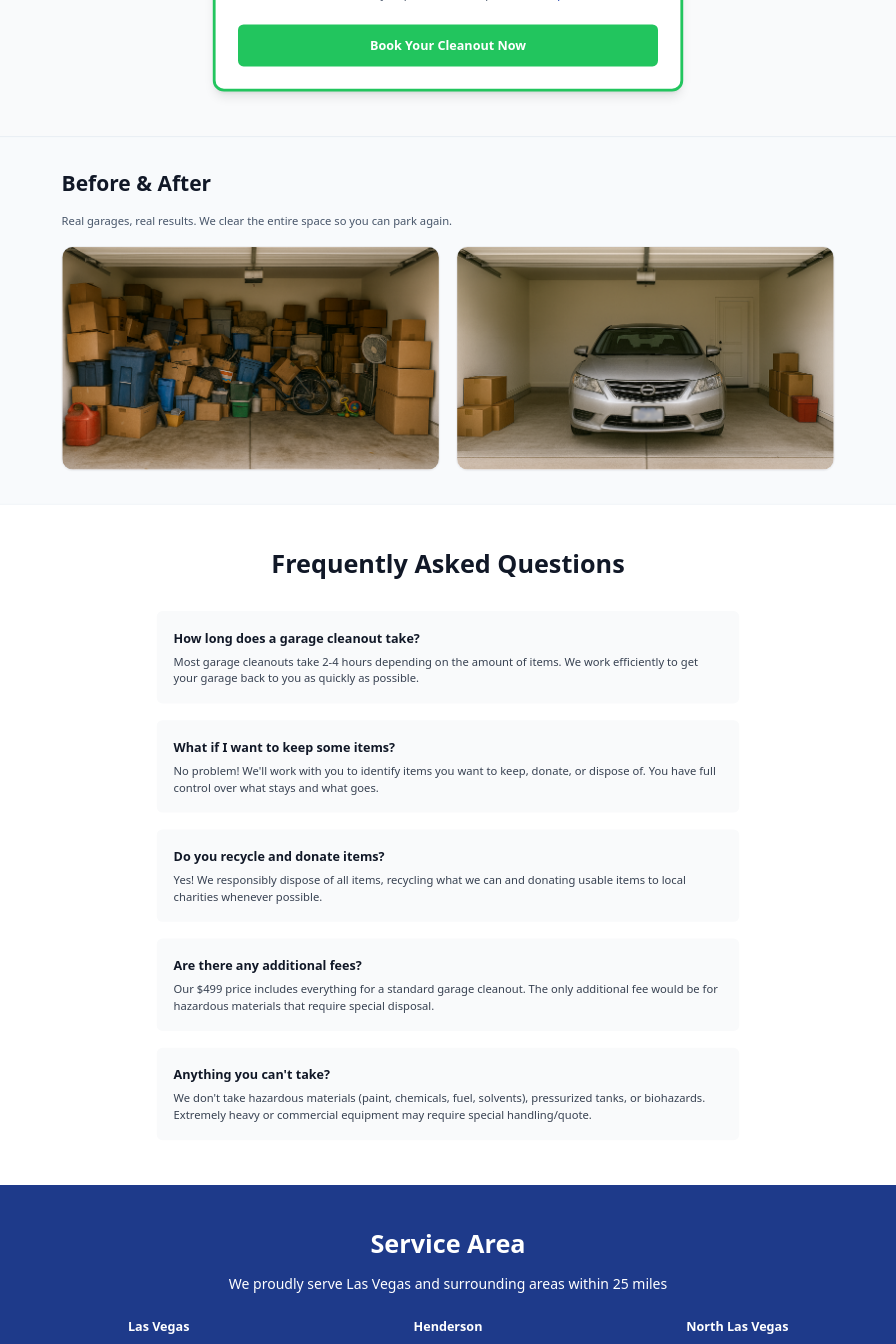
Repository: nikwhite1169/garagegone
Page: index.html
An editor plug-in stored every save of this project. The page is shown before and after the next save, followed by the edit.
The browser window is 1280 px wide. The pictures show the part of the page from y = 1577 to 3497 px (the page is 4460 px tall before and 4932 px after), at 70% of full size.
Some web libraries are served in a nearby version.

Above is the page before, as saved 2025-09-15 17:37:50.

### index.html
<!DOCTYPE html>
<html lang="en">
<head>
    <meta charset="UTF-8">
    <meta name="viewport" content="width=device-width, initial-scale=1.0">
    <title>GarageGone - Professional Garage Cleanout Service | Las Vegas</title>
    <meta name="description" content="Professional garage cleanout service in Las Vegas. Flat $499 pricing. We haul everything away. Book your garage transformation today with GarageGone.">
    <meta name="keywords" content="garage cleanout, junk removal, Las Vegas, garage cleaning, hauling service, decluttering">

    <!-- Open Graph Meta Tags -->
    <meta property="og:title" content="GarageGone - Professional Garage Cleanout Service | Las Vegas">
    <meta property="og:description" content="Transform your garage with our professional cleanout service. Flat $499 pricing. We haul everything away. Serving Las Vegas and surrounding areas.">
    <meta property="og:image" content="https://garagegone.com/images/garage-before-after.jpg">
    <meta property="og:url" content="https://garagegone.com">
    <meta property="og:type" content="website">
    <meta property="og:site_name" content="GarageGone">

    <!-- Twitter Card Meta Tags -->
    <meta name="twitter:card" content="summary_large_image">
    <meta name="twitter:title" content="GarageGone - Professional Garage Cleanout Service | Las Vegas">
    <meta name="twitter:description" content="Transform your garage with our professional cleanout service. Flat $499 pricing. We haul everything away.">
    <meta name="twitter:image" content="https://garagegone.com/images/garage-before-after.jpg">

    <!-- Favicons -->
    <link rel="apple-touch-icon" sizes="180x180" href="assets/apple-touch-icon.png">
    <link rel="icon" type="image/png" sizes="32x32" href="assets/favicon-32x32.png">
    <link rel="icon" type="image/png" sizes="16x16" href="assets/favicon-16x16.png">
    <link rel="manifest" href="assets/site.webmanifest">
    <link rel="icon" type="image/x-icon" href="assets/favicon.ico">

    <!-- Tailwind CSS CDN -->
    <script src="https://cdn.tailwindcss.com"></script>

    <!-- Custom Tailwind Config -->
    <script>
        tailwind.config = {
            theme: {
                extend: {
                    colors: {
                        'brand-blue': '#1e3a8a',
                        'brand-green': '#22c55e',
                    }
                }
            }
        }
    </script>

    <!-- JSON-LD Schema Markup -->
    <script type="application/ld+json">
    {
        "@context": "https://schema.org",
        "@type": "LocalBusiness",
        "name": "GarageGone",
        "description": "Professional garage cleanout and junk removal service",
        "url": "https://garagegone.com",
        "telephone": "+7028501775",
        "address": {
            "@type": "PostalAddress",
            "addressLocality": "Las Vegas",
            "addressRegion": "NV",
            "addressCountry": "US"
        },
        "areaServed": {
            "@type": "GeoCircle",
            "geoMidpoint": {
                "@type": "GeoCoordinates",
                "latitude": 36.1699,
                "longitude": -115.1398
            },
            "geoRadius": "25 miles"
        },
         "sameAs": [
             "https://facebook.com/ParkAgain",
             "https://instagram.com/parkagain.app"
         ],
        "priceRange": "$499",
        "serviceType": "Garage Cleanout Service",
        "hasOfferCatalog": {
            "@type": "OfferCatalog",
            "name": "Garage Cleanout Services",
            "itemListElement": [
                {
                    "@type": "Offer",
                    "itemOffered": {
                        "@type": "Service",
                        "name": "Complete Garage Cleanout",
                        "description": "Full garage cleanout and junk removal service"
                    },
                    "price": "499",
                    "priceCurrency": "USD"
                }
            ]
        }
    }
    </script>

    <style>
        /* Smooth scroll behavior */
        html {
            scroll-behavior: smooth;
        }

        /* Custom animations */
        @keyframes fadeInUp {
            from {
                opacity: 0;
                transform: translateY(30px);
            }
            to {
                opacity: 1;
                transform: translateY(0);
            }
        }

        .fade-in-up {
            animation: fadeInUp 0.6s ease-out;
        }

        /* Ensure sticky footer doesn't overlap content */
        body {
            padding-bottom: 80px;
        }

        @media (min-width: 768px) {
            body {
                padding-bottom: 0;
            }
        }
    </style>
</head>
<body class="bg-gray-50 text-gray-900">
    <!-- Header -->
    <header class="bg-white shadow-sm sticky top-0 z-40">
        <div class="max-w-7xl mx-auto px-4 sm:px-6 lg:px-8">
            <div class="flex justify-between items-center py-4">
                <div class="flex items-center">
                    <h1 class="text-2xl font-bold text-brand-blue">GarageGone</h1>
                    <span class="ml-2 text-sm text-gray-600">Powered by ParkAgain</span>
                </div>
                <div class="hidden md:flex space-x-4">
                    <a href="tel:+7028501775" class="bg-brand-blue text-white px-4 py-2 rounded-lg font-semibold hover:bg-blue-800 transition-colors">
                        Call Now
                    </a>
                    <a href="https://m.me/823845640806391" target="_blank" class="bg-brand-green text-white px-4 py-2 rounded-lg font-semibold hover:bg-green-600 transition-colors">
                        Book Cleanout
                    </a>
                </div>
            </div>
        </div>
    </header>

    <!-- Hero Section -->
    <section class="bg-gradient-to-br from-brand-blue to-blue-800 text-white py-16 md:py-24">
        <div class="max-w-7xl mx-auto px-4 sm:px-6 lg:px-8">
            <div class="text-center fade-in-up">
                <h2 class="text-4xl md:text-6xl font-bold mb-6">
                    Transform Your Garage in One Day
                </h2>
                <p class="text-xl md:text-2xl mb-8 text-blue-100 max-w-3xl mx-auto">
                    Professional garage cleanout service. We sort, haul, and clean everything.
                    <strong class="text-brand-green">Flat $499 pricing.</strong> No surprises.
                </p>
                <div class="flex flex-col sm:flex-row gap-4 justify-center items-center">
                    <a href="https://m.me/823845640806391" target="_blank"
                       class="bg-brand-green text-white px-8 py-4 rounded-lg text-lg font-bold hover:bg-green-600 transition-colors w-full sm:w-auto text-center">
                        📱 Book via Messenger
                    </a>
                     <a href="tel:+7028501775"
                        class="bg-white text-brand-blue px-8 py-4 rounded-lg text-lg font-bold hover:bg-gray-100 transition-colors w-full sm:w-auto text-center">
                         📞 Call (702) 850-1775
                     </a>
                </div>
                <ul class="mt-6 text-blue-100 space-y-2">
                  <li>✅ Most cleanouts take <strong>2–4 hours on-site</strong></li>
                  <li>✅ One flat price — no surprises for standard garages</li>
                  <li>✅ Donation, recycling, and disposal handled</li>
                </ul>
                <p class="mt-4 text-blue-200">
                    ⭐ Serving Las Vegas & surrounding areas (25 miles)
                </p>
            </div>
        </div>
    </section>

    <!-- How It Works -->
    <section id="how-it-works" class="py-16 bg-white">
        <div class="max-w-7xl mx-auto px-4 sm:px-6 lg:px-8">
            <div class="text-center mb-12">
                <h3 class="text-3xl md:text-4xl font-bold text-gray-900 mb-4">How It Works</h3>
                <p class="text-xl text-gray-600">Simple 3-step process to transform your garage</p>
            </div>

            <div class="grid md:grid-cols-3 gap-8">
                <div class="text-center p-6 rounded-lg bg-gray-50">
                    <div class="w-16 h-16 bg-brand-blue text-white rounded-full flex items-center justify-center text-2xl font-bold mx-auto mb-4">1</div>
                    <h4 class="text-xl font-bold mb-3">Book Your Appointment</h4>
                    <p class="text-gray-600">Contact us via Messenger or phone. We'll schedule a convenient time that works for you.</p>
                </div>

                <div class="text-center p-6 rounded-lg bg-gray-50">
                    <div class="w-16 h-16 bg-brand-blue text-white rounded-full flex items-center justify-center text-2xl font-bold mx-auto mb-4">2</div>
                    <h4 class="text-xl font-bold mb-3">We Sort & Haul</h4>
                    <p class="text-gray-600">Our professional team arrives, sorts through everything, and hauls away unwanted items responsibly.</p>
                </div>

                <div class="text-center p-6 rounded-lg bg-gray-50">
                    <div class="w-16 h-16 bg-brand-green text-white rounded-full flex items-center justify-center text-2xl font-bold mx-auto mb-4">3</div>
                    <h4 class="text-xl font-bold mb-3">Enjoy Your Space</h4>
                    <p class="text-gray-600">Walk into your clean, organized garage. Use it for parking, storage, or whatever you need!</p>
                </div>
            </div>
        </div>
    </section>

    <!-- Pricing Section -->
    <section id="pricing" class="py-16 bg-gray-50">
        <div class="max-w-7xl mx-auto px-4 sm:px-6 lg:px-8">
            <div class="text-center mb-12">
                <h3 class="text-3xl md:text-4xl font-bold text-gray-900 mb-4">Simple, Flat Pricing</h3>
                <p class="text-xl text-gray-600">No hidden fees. No surprises. One price covers everything.</p>
            </div>

            <div class="max-w-2xl mx-auto">
                <div class="bg-white rounded-2xl shadow-lg p-8 border-4 border-brand-green">
                    <div class="text-center">
                        <div class="text-6xl font-bold text-brand-green mb-2">$499</div>
                        <div class="text-xl text-gray-600 mb-6">Complete Garage Cleanout</div>

                        <p class="mt-2 text-slate-600">
                          $499 covers a <strong>standard 2-car garage with typical household clutter</strong> within Las Vegas city limits.
                          Extremely heavy items, hazardous materials, or <em>hoarder-level</em> cleanouts may require a custom quote.
                          <a href="#scope" class="text-blue-800 hover:underline">See scope details</a>.
                        </p>
                        <div class="mb-8"></div>

                        <a href="https://m.me/823845640806391" target="_blank"
                           class="bg-brand-green text-white px-8 py-4 rounded-lg text-lg font-bold hover:bg-green-600 transition-colors w-full block text-center">
                            Book Your Cleanout Now
                        </a>
                    </div>
                </div>
            </div>
        </div>
    </section>


    <!-- Before & After Gallery (replaces Reviews) -->
    <section class="bg-slate-50 border-y border-slate-200">
      <div class="max-w-6xl mx-auto px-4 md:px-6 py-12">
        <h2 class="text-2xl md:text-3xl font-bold mb-6">Before & After</h2>
        <p class="text-slate-600 mb-6">Real garages, real results. We clear the entire space so you can park again.</p>
        <div class="grid md:grid-cols-2 gap-6">
          <img src="assets/before-garage.png" alt="Cluttered garage before GarageGone cleanout service" class="rounded-2xl border shadow-sm object-cover w-full h-64 md:h-80">
          <img src="assets/after-garage.png" alt="Clean, organized garage after GarageGone cleanout service" class="rounded-2xl border shadow-sm object-cover w-full h-64 md:h-80">
        </div>
      </div>
    </section>

    <!-- FAQ Section -->
    <section id="faq" class="py-16 bg-white">
        <div class="max-w-4xl mx-auto px-4 sm:px-6 lg:px-8">
            <div class="text-center mb-12">
                <h3 class="text-3xl md:text-4xl font-bold text-gray-900 mb-4">Frequently Asked Questions</h3>
            </div>

            <div class="space-y-6">
                <div class="bg-gray-50 rounded-lg p-6">
                    <h4 class="text-lg font-bold mb-2">How long does a garage cleanout take?</h4>
                    <p class="text-gray-700">Most garage cleanouts take 2-4 hours depending on the amount of items. We work efficiently to get your garage back to you as quickly as possible.</p>
                </div>

                <div class="bg-gray-50 rounded-lg p-6">
                    <h4 class="text-lg font-bold mb-2">What if I want to keep some items?</h4>
                    <p class="text-gray-700">No problem! We'll work with you to identify items you want to keep, donate, or dispose of. You have full control over what stays and what goes.</p>
                </div>

                <div class="bg-gray-50 rounded-lg p-6">
                    <h4 class="text-lg font-bold mb-2">Do you recycle and donate items?</h4>
                    <p class="text-gray-700">Yes! We responsibly dispose of all items, recycling what we can and donating usable items to local charities whenever possible.</p>
                </div>

                <div class="bg-gray-50 rounded-lg p-6">
                    <h4 class="text-lg font-bold mb-2">Are there any additional fees?</h4>
                    <p class="text-gray-700">Our $499 price includes everything for a standard garage cleanout. The only additional fee would be for hazardous materials that require special disposal.</p>
                </div>

                <div class="bg-gray-50 rounded-lg p-6">
                    <h4 class="text-lg font-bold mb-2">Anything you can't take?</h4>
                    <p class="text-gray-700">We don't take hazardous materials (paint, chemicals, fuel, solvents), pressurized tanks, or biohazards. Extremely heavy or commercial equipment may require special handling/quote.</p>
                </div>
            </div>
        </div>
    </section>

    <!-- Service Area -->
    <section class="py-16 bg-brand-blue text-white">
        <div class="max-w-7xl mx-auto px-4 sm:px-6 lg:px-8">
            <div class="text-center">
                <h3 class="text-3xl md:text-4xl font-bold mb-6">Service Area</h3>
                <p class="text-xl mb-8">We proudly serve Las Vegas and surrounding areas within 25 miles</p>

                <div class="grid md:grid-cols-3 gap-6 text-center">
                    <div>
                        <h4 class="font-bold text-lg mb-2">Las Vegas</h4>
                        <p class="text-blue-200">Downtown, Strip, Summerlin</p>
                    </div>
                    <div>
                        <h4 class="font-bold text-lg mb-2">Henderson</h4>
                        <p class="text-blue-200">Green Valley, Anthem</p>
                    </div>
                    <div>
                        <h4 class="font-bold text-lg mb-2">North Las Vegas</h4>
                        <p class="text-blue-200">Aliante, Eldorado</p>
                    </div>
                </div>

                <div class="mt-8">
                    <p class="text-blue-200">Not sure if we serve your area? <a href="tel:+7028501775" class="text-white hover:text-brand-green underline font-semibold">Give us a call!</a></p>
                </div>
            </div>
        </div>
    </section>

    <!-- Join Hauler Network CTA -->
    <section class="py-16 bg-brand-green text-white">
        <div class="max-w-4xl mx-auto px-4 sm:px-6 lg:px-8 text-center">
            <h3 class="text-3xl md:text-4xl font-bold mb-6">Join Our Hauler Network</h3>
            <p class="text-xl mb-8 text-green-100">
                Are you a reliable hauler or junk removal professional? Join our network and get consistent work in the Las Vegas area.
            </p>
            <a href="https://forms.gle/CVCqmNvirqqFKjCk8" target="_blank"
               class="bg-white text-brand-green px-8 py-4 rounded-lg text-lg font-bold hover:bg-gray-100 transition-colors inline-block">
                Apply to Join Network
            </a>
        </div>
    </section>

    <!-- Trust & Policies strip -->
    <section class="border-t border-slate-200">
      <div class="max-w-6xl mx-auto px-4 md:px-6 py-8 grid gap-6 md:grid-cols-3">
        <div>
          <div class="font-semibold">Flat-Rate Pricing</div>
          <p class="text-slate-600 text-sm mt-1">Standard 2-car garage is always $499 in our service area. No surprise add-ons.</p>
        </div>
        <div>
          <div class="font-semibold">Safety-First, Professional Team</div>
          <p class="text-slate-600 text-sm mt-1">We clear the space efficiently and handle donation, recycling, and disposal.</p>
        </div>
        <div>
          <div class="font-semibold">Clear Policies</div>
          <p class="text-slate-600 text-sm mt-1">See our <a class="text-blue-800 hover:underline" href="/privacy-policy.html">Privacy</a> and <a class="text-blue-800 hover:underline" href="/terms-of-service.html">Terms</a>.</p>
        </div>
      </div>
    </section>

    <!-- Footer -->
    <footer class="bg-gray-900 text-white py-12">
        <div class="max-w-7xl mx-auto px-4 sm:px-6 lg:px-8">
            <div class="grid md:grid-cols-3 gap-8">
                <div>
                    <h4 class="text-xl font-bold mb-4">GarageGone</h4>
                    <p class="text-gray-400 mb-4">Professional garage cleanout service powered by ParkAgain. Transform your garage in one day.</p>
                    <div class="flex space-x-4">
                        <a href="https://facebook.com/ParkAgain" target="_blank" class="text-gray-400 hover:text-white">
                            Facebook
                        </a>
                        <a href="https://instagram.com/parkagain.app" target="_blank" class="text-gray-400 hover:text-white">
                            Instagram
                        </a>
                    </div>
                </div>

                <div>
                    <h4 class="text-lg font-bold mb-4">Contact</h4>
                    <div class="space-y-2 text-gray-400">
                        <p>📞 (702) 850-1775</p>
                        <p>📍 Las Vegas, NV</p>
                        <p>🌐 garagegone.com</p>
                    </div>
                </div>

                <div>
                    <h4 class="text-lg font-bold mb-4">Service Hours</h4>
                    <div class="space-y-2 text-gray-400">
                        <p>Monday - Friday: 8am - 6pm</p>
                        <p>Saturday: 9am - 4pm</p>
                        <p>Sunday: Closed</p>
                    </div>
                </div>
            </div>

            <div class="border-t border-gray-800 mt-8 pt-8 text-center text-gray-400">
                <p>&copy; 2025 GarageGone. All rights reserved. Powered by ParkAgain.</p>
                <div class="mt-2 space-x-4">
                    <a href="privacy-policy.html" class="hover:text-white">Privacy Policy</a>
                    <a href="terms-of-service.html" class="hover:text-white">Terms of Service</a>
                </div>
            </div>
        </div>
    </footer>

    <!-- Sticky Mobile Footer -->
    <div class="fixed bottom-0 left-0 right-0 bg-white border-t border-gray-200 p-4 md:hidden z-50">
        <div class="flex space-x-3">
            <a href="https://m.me/823845640806391" target="_blank"
               class="flex-1 bg-brand-green text-white py-3 px-4 rounded-lg font-bold text-center hover:bg-green-600 transition-colors">
                📱 Book Cleanout
            </a>
            <a href="https://forms.gle/CVCqmNvirqqFKjCk8" target="_blank"
               class="flex-1 bg-brand-blue text-white py-3 px-4 rounded-lg font-bold text-center hover:bg-blue-800 transition-colors">
                🚛 Join Network
            </a>
        </div>
    </div>

</body>
</html>

After the next save:
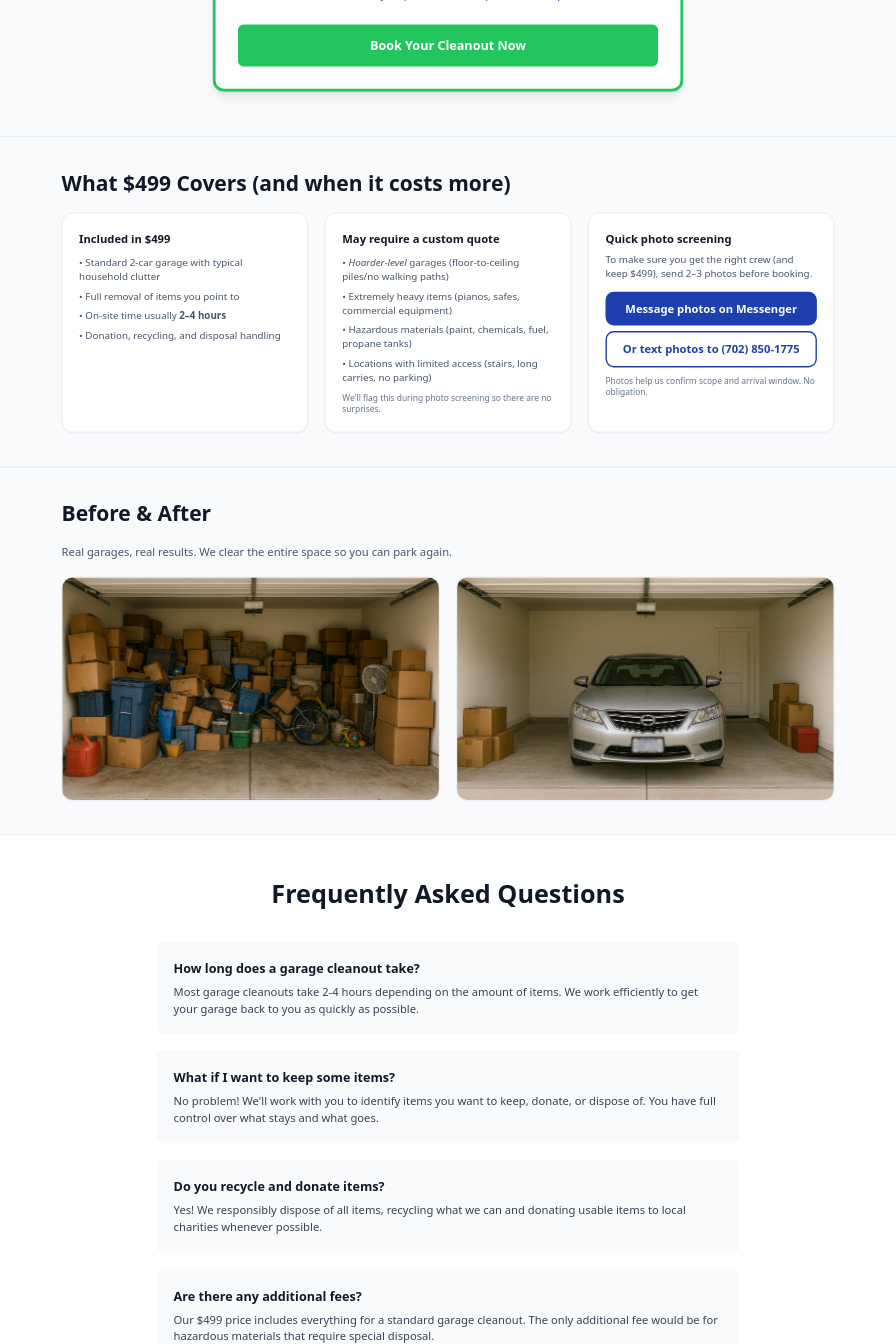
Saved 34 s later.
--- a/index.html
+++ b/index.html
@@ -243,6 +243,44 @@
         </div>
     </section>
 
+    <!-- Scope & Extras -->
+    <section id="scope" class="bg-slate-50 border-y border-slate-200">
+      <div class="max-w-6xl mx-auto px-4 md:px-6 py-12">
+        <h2 class="text-2xl md:text-3xl font-bold mb-6">What $499 Covers (and when it costs more)</h2>
+        <div class="grid md:grid-cols-3 gap-6">
+          <div class="rounded-2xl bg-white border p-6 shadow-sm">
+            <h3 class="font-semibold">Included in $499</h3>
+            <ul class="mt-3 text-slate-600 space-y-2 text-sm">
+              <li>• Standard 2-car garage with typical household clutter</li>
+              <li>• Full removal of items you point to</li>
+              <li>• On-site time usually <strong>2–4 hours</strong></li>
+              <li>• Donation, recycling, and disposal handling</li>
+            </ul>
+          </div>
+          <div class="rounded-2xl bg-white border p-6 shadow-sm">
+            <h3 class="font-semibold">May require a custom quote</h3>
+            <ul class="mt-3 text-slate-600 space-y-2 text-sm">
+              <li>• <em>Hoarder-level</em> garages (floor-to-ceiling piles/no walking paths)</li>
+              <li>• Extremely heavy items (pianos, safes, commercial equipment)</li>
+              <li>• Hazardous materials (paint, chemicals, fuel, propane tanks)</li>
+              <li>• Locations with limited access (stairs, long carries, no parking)</li>
+            </ul>
+            <p class="mt-3 text-xs text-slate-500">We'll flag this during photo screening so there are no surprises.</p>
+          </div>
+          <div class="rounded-2xl bg-white border p-6 shadow-sm">
+            <h3 class="font-semibold">Quick photo screening</h3>
+            <p class="text-slate-600 text-sm mt-2">
+              To make sure you get the right crew (and keep $499), send 2–3 photos before booking.
+            </p>
+            <div class="mt-4 flex flex-col gap-2">
+              <a href="https://m.me/823845640806391" class="inline-flex items-center justify-center rounded-xl bg-blue-800 text-white font-semibold px-5 py-3">Message photos on Messenger</a>
+              <a href="tel:+7028501775" class="inline-flex items-center justify-center rounded-xl border-2 border-blue-800 text-blue-800 font-semibold px-5 py-3">Or text photos to (702) 850-1775</a>
+            </div>
+            <p class="mt-3 text-xs text-slate-500">Photos help us confirm scope and arrival window. No obligation.</p>
+          </div>
+        </div>
+      </div>
+    </section>
 
     <!-- Before & After Gallery (replaces Reviews) -->
     <section class="bg-slate-50 border-y border-slate-200">
